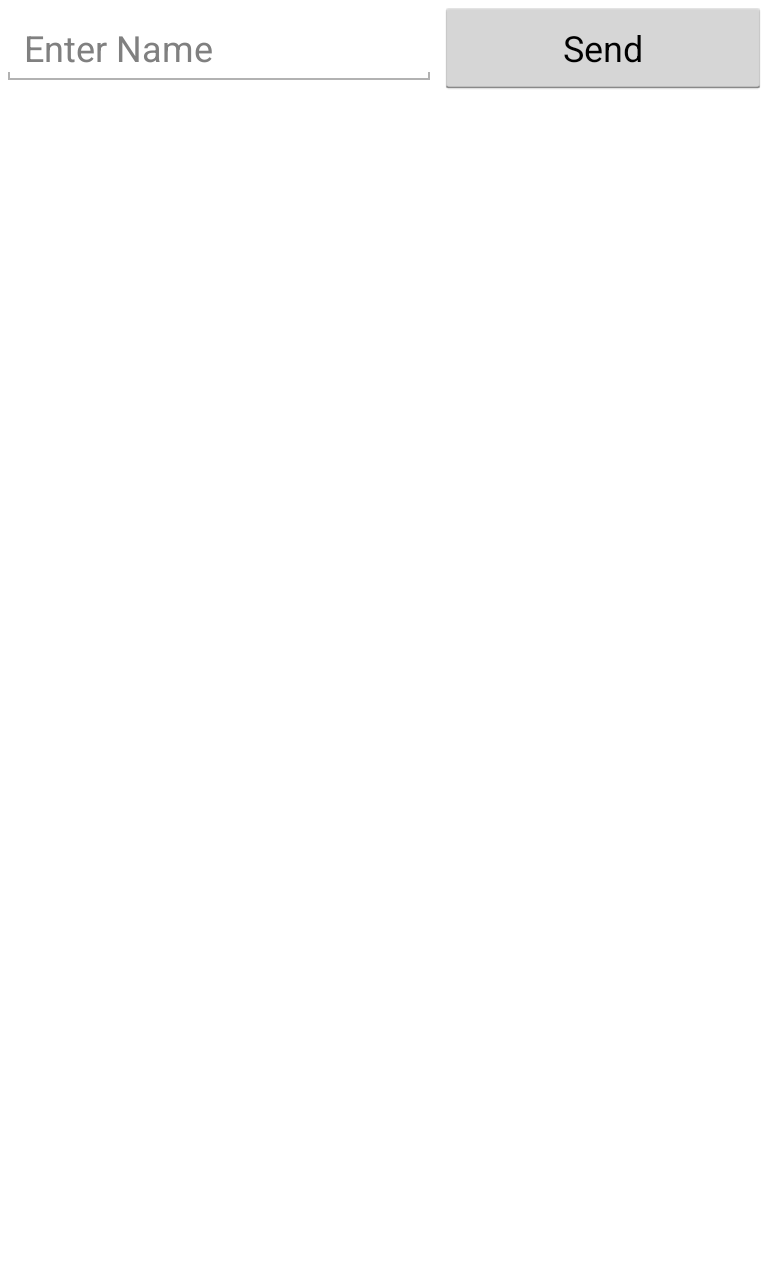
Repository: bvrit-vineeth/android-projects
Layout: MyFirstApp/res/layout/activity_main.xml
An editor plug-in stored every save of this project. The layout is shown before and after the next save, followed by the edit.
It is drawn on a 768 x 1280 px phone screen (xhdpi) without system bars, with theme AppTheme; the app's code is not run.

Above is the layout before, as saved 2013-08-18 09:25:15.

After the next save:
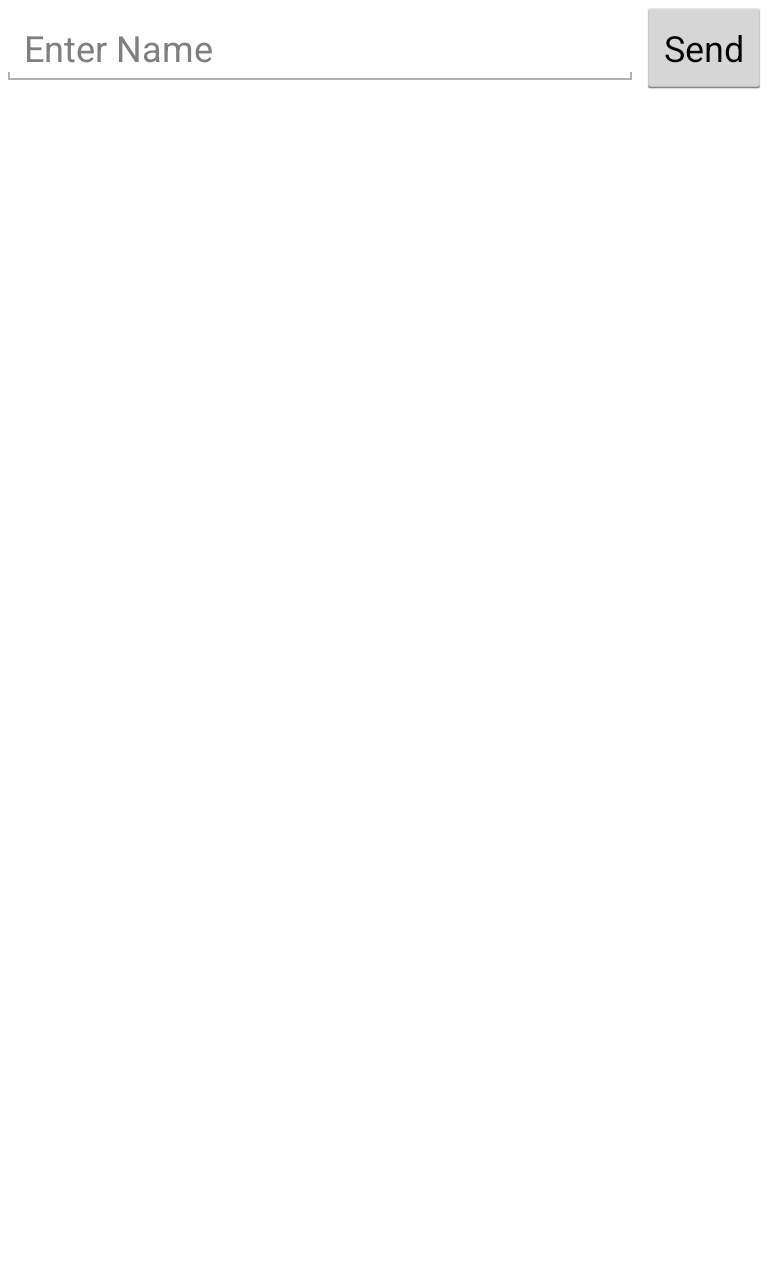
Saved 13 s later.
--- a/MyFirstApp/res/layout/activity_main.xml
+++ b/MyFirstApp/res/layout/activity_main.xml
@@ -15,6 +15,5 @@
     <Button
         android:layout_width="wrap_content"
         android:layout_height="wrap_content"
-        android:text="@string/button_send"
-        android:layout_weight="1" />
+        android:text="@string/button_send" />
 </LinearLayout>
